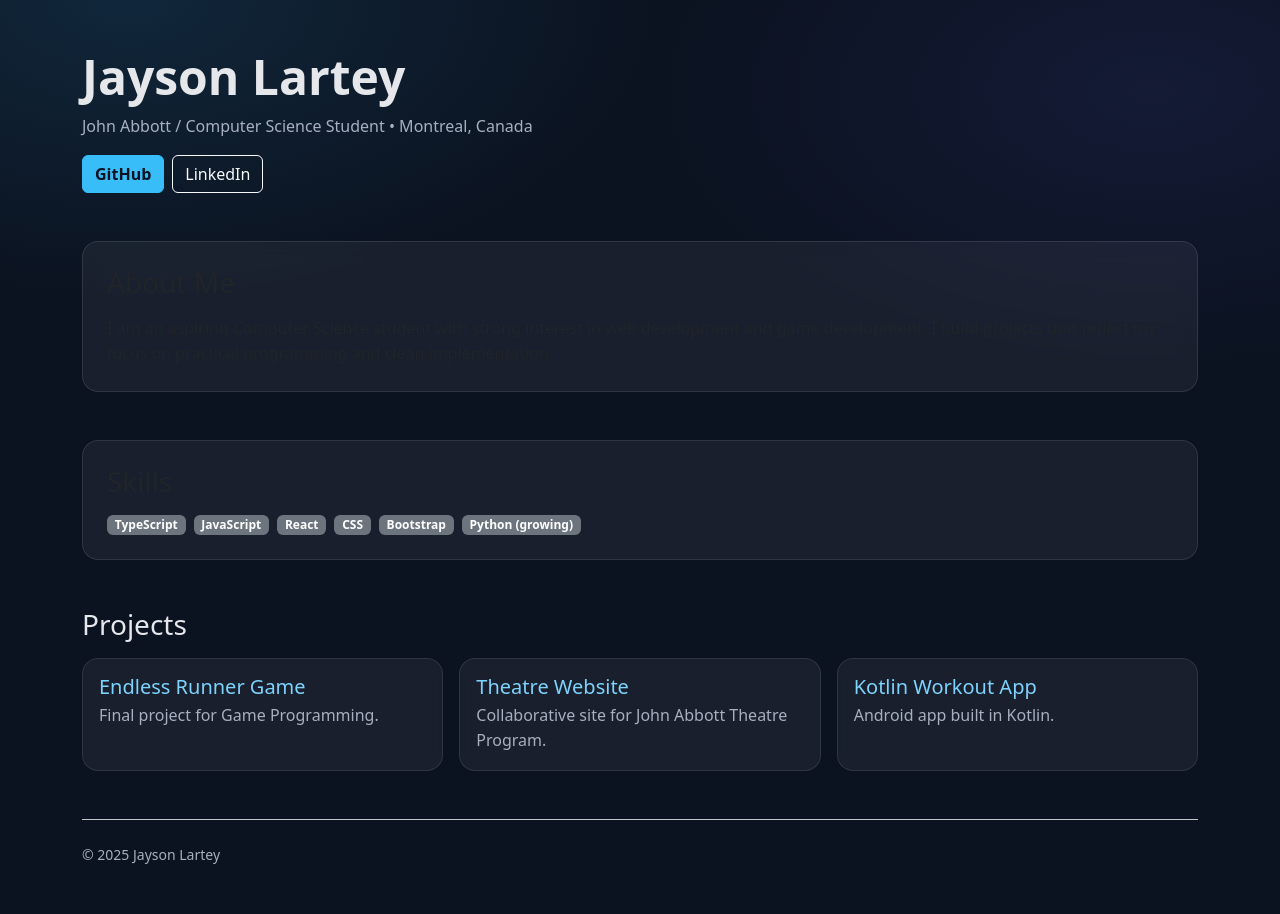
Repository: jaysonlartey/jaysonlartey.github.io
Page: index.html
The author's editor kept a copy of each file at every save. The page is drawn from the files as they stood at one save, then again after the next save.
The browser window is 1280 px wide. The pictures show the whole page.

Above is the page before, as saved 2025-12-12 20:21:27.

### index.html
<!DOCTYPE html>
<html lang="en">

<head>
    <meta charset="UTF-8">
    <meta name="viewport" content="width=device-width, initial-scale=1.0">
    <title>Jayson Lartey - Portfolio</title>
    <link href="https://cdn.jsdelivr.net/npm/bootstrap@5.3.3/dist/css/bootstrap.min.css" rel="stylesheet">
    <link rel="stylesheet" href="style.css" />
    <script src="https://cdn.jsdelivr.net/npm/bootstrap@5.3.3/dist/js/bootstrap.bundle.min.js"></script>
    <script src="script.js"></script>
</head>

<body>
<header class="container py-5">
  <div class="row align-items-center g-4">
    <div class="col-12 col-md-8">
      <h1 class="display-5 fw-semibold mb-2">Jayson Lartey</h1>
      <p class="text-secondary mb-3">John Abbott / Computer Science Student • Montreal, Canada</p>

      <div class="d-flex gap-2 flex-wrap">
        <a class="btn btn-primary" href="https://github.com/jaysonlartey" target="_blank" rel="noreferrer">GitHub</a>
        <a class="btn btn-outline-light" href="https://www.linkedin.com/in/jayson-lartey/" target="_blank" rel="noreferrer">LinkedIn</a>
      </div>
    </div>

  </div>
</header>


 <main class="container pb-5">
  <section class="mb-5">
    <div class="card card-dark p-4">
      <h2 class="h3 mb-3">About Me</h2>
      <p class="mb-0">
        I am an aspiring Computer Science student with strong interest in web development and game development.
        I build projects that reflect my focus on practical programming and clean implementation.
      </p>
    </div>
  </section>

  <section class="mb-5">
    <div class="card card-dark p-4">
      <h2 class="h3 mb-3">Skills</h2>
      <div class="d-flex flex-wrap gap-2">
        <span class="badge text-bg-secondary">TypeScript</span>
        <span class="badge text-bg-secondary">JavaScript</span>
        <span class="badge text-bg-secondary">React</span>
        <span class="badge text-bg-secondary">CSS</span>
        <span class="badge text-bg-secondary">Bootstrap</span>
        <span class="badge text-bg-secondary">Python (growing)</span>
      </div>
    </div>
  </section>

  <section class="mb-5">
    <h2 class="h3 mb-3">Projects</h2>

    <div class="row g-3">
      <div class="col-12 col-md-4">
        <div class="card card-dark h-100 p-3">
          <h3 class="h5 mb-1">
            <a class="project-link" href="https://github.com/jaysonlartey/Endless-Runner-Game" target="_blank" rel="noreferrer">
              Endless Runner Game
            </a>
          </h3>
          <p class="text-secondary mb-0">Final project for Game Programming.</p>
        </div>
      </div>

      <div class="col-12 col-md-4">
        <div class="card card-dark h-100 p-3">
          <h3 class="h5 mb-1">
            <a class="project-link" href="https://github.com/jaysonlartey/Theatre-App" target="_blank" rel="noreferrer">
              Theatre Website
            </a>
          </h3>
          <p class="text-secondary mb-0">Collaborative site for John Abbott Theatre Program.</p>
        </div>
      </div>

      <div class="col-12 col-md-4">
        <div class="card card-dark h-100 p-3">
          <h3 class="h5 mb-1">
            <a class="project-link" href="https://github.com/jaysonlartey/Workout-App" target="_blank" rel="noreferrer">
              Kotlin Workout App
            </a>
          </h3>
          <p class="text-secondary mb-0">Android app built in Kotlin.</p>
        </div>
      </div>
    </div>
  </section>

  <footer class="pt-4 border-top border-secondary-subtle text-secondary small">
    © <span id="year"></span> Jayson Lartey
  </footer>
</main>

</body>

</html>

### style.css
:root{
  --bg: #0b1220;
  --fg: #e5e7eb;
  --muted: #a7b0c0;
  --card: rgba(255,255,255,0.06);
  --card-border: rgba(255,255,255,0.10);
}

*{ box-sizing:border-box; }

body{
  margin:0;
  font-family: system-ui, -apple-system, Segoe UI, Roboto, sans-serif;
  color: var(--fg);
  background:
    radial-gradient(900px 500px at 10% 0%, rgba(56,189,248,0.12), transparent 60%),
    radial-gradient(900px 500px at 90% 10%, rgba(99,102,241,0.10), transparent 55%),
    var(--bg);
  line-height:1.6;
}

a{ text-decoration:none; }
a:hover{ text-decoration:underline; }

.text-secondary{ color: var(--muted) !important; }

.card-dark{
  background: var(--card);
  border: 1px solid var(--card-border);
  border-radius: 16px;
  backdrop-filter: blur(8px);
}

.project-link{
  color: #7dd3fc;
}
.project-link:hover{
  color: #bae6fd;
}

.btn-primary{
  background: #38bdf8;
  border-color: #38bdf8;
  color: #0b1220;
  font-weight: 600;
}
.btn-primary:hover{
  background: #7dd3fc;
  border-color: #7dd3fc;
  color: #0b1220;
}

### script.js
document.addEventListener("DOMContentLoaded", () => {
  const year = document.getElementById("year");
  if (year) year.textContent = new Date().getFullYear();
});

After the next save:
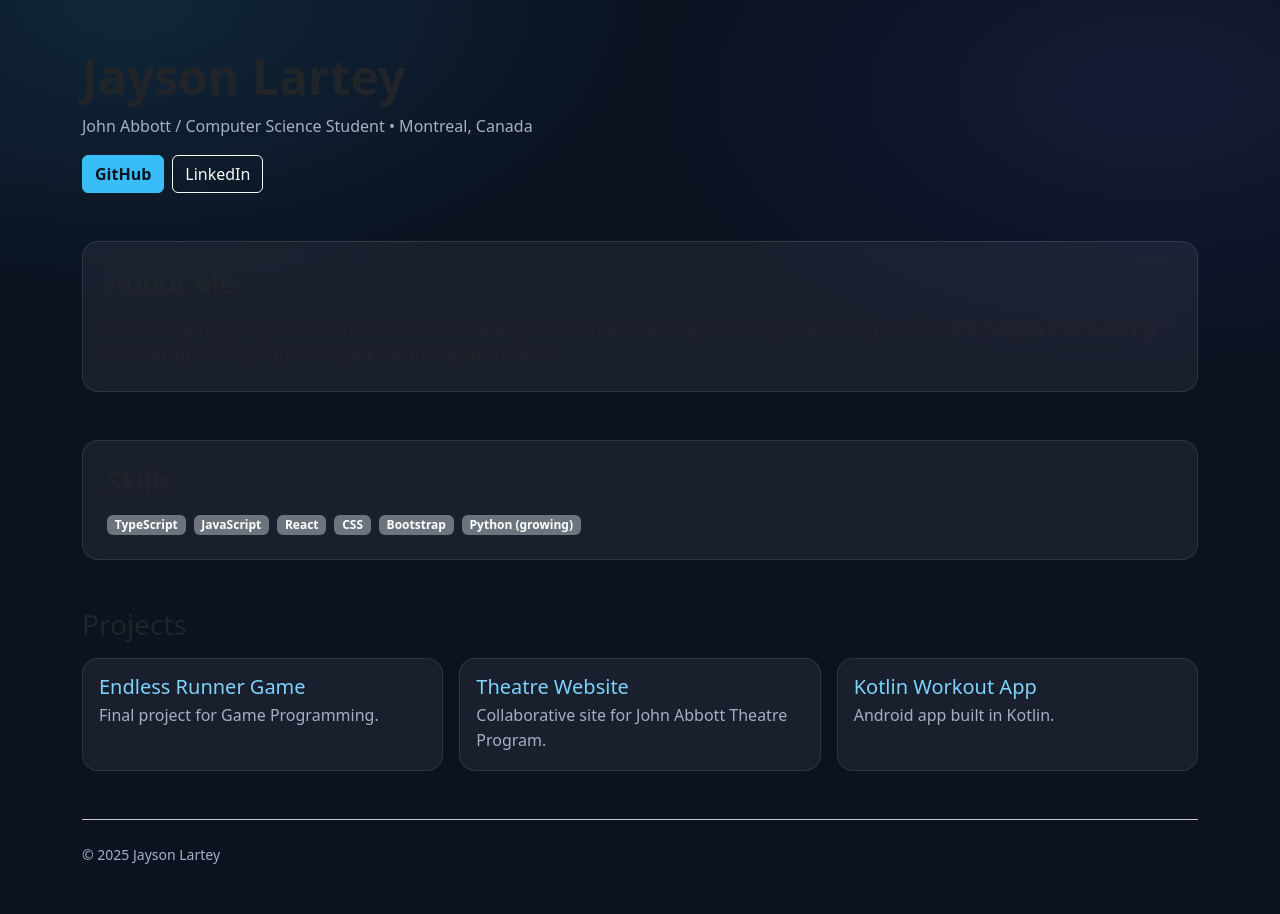
Saved 6 min 54 s later.
--- a/style.css
+++ b/style.css
@@ -11,7 +11,7 @@
 body{
   margin:0;
   font-family: system-ui, -apple-system, Segoe UI, Roboto, sans-serif;
-  color: var(--fg);
+  color: var(-fg);
   background:
     radial-gradient(900px 500px at 10% 0%, rgba(56,189,248,0.12), transparent 60%),
     radial-gradient(900px 500px at 90% 10%, rgba(99,102,241,0.10), transparent 55%),

After the save that followed:
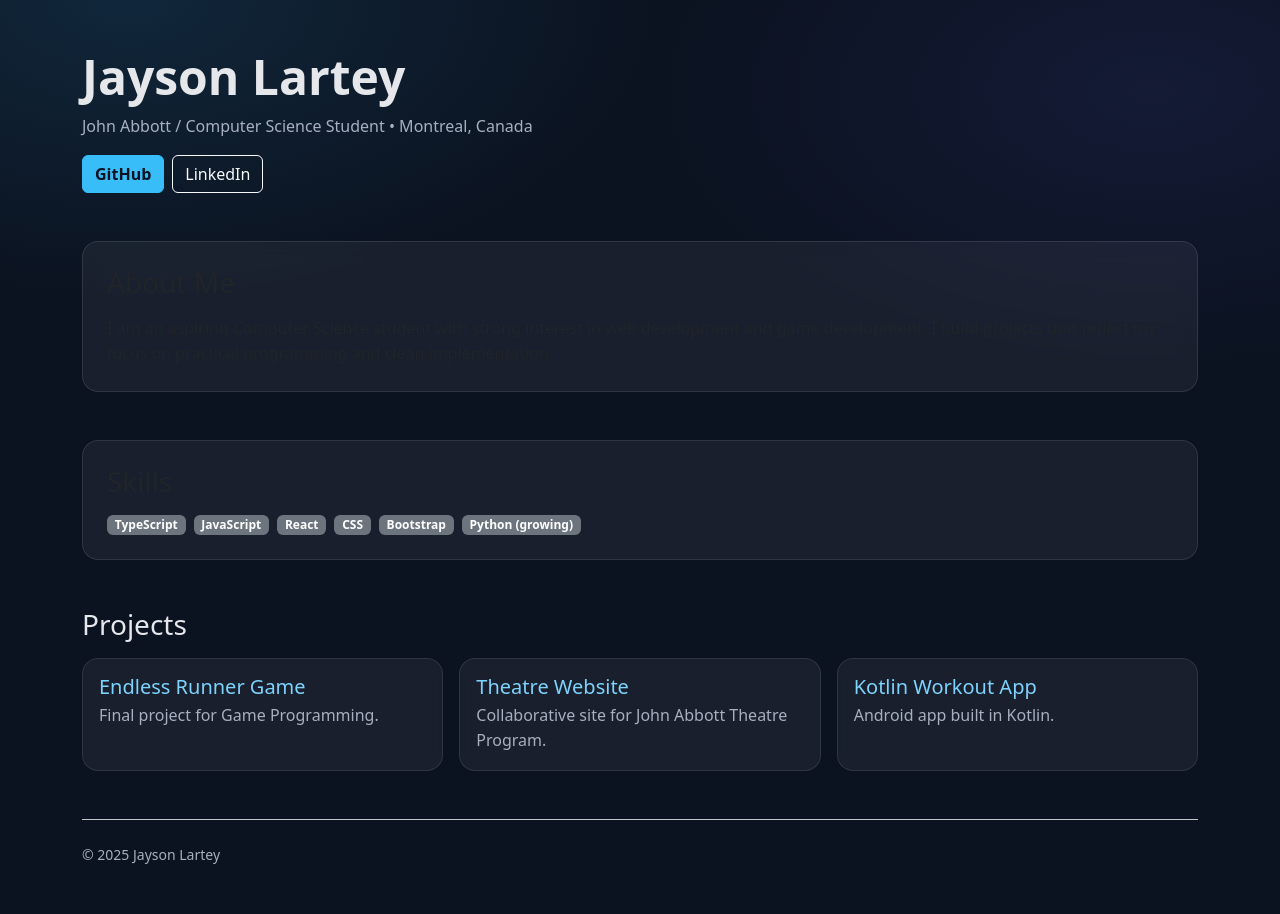
Saved 4 s later.
--- a/style.css
+++ b/style.css
@@ -11,7 +11,7 @@
 body{
   margin:0;
   font-family: system-ui, -apple-system, Segoe UI, Roboto, sans-serif;
-  color: var(-fg);
+  color: var(--fg);
   background:
     radial-gradient(900px 500px at 10% 0%, rgba(56,189,248,0.12), transparent 60%),
     radial-gradient(900px 500px at 90% 10%, rgba(99,102,241,0.10), transparent 55%),
